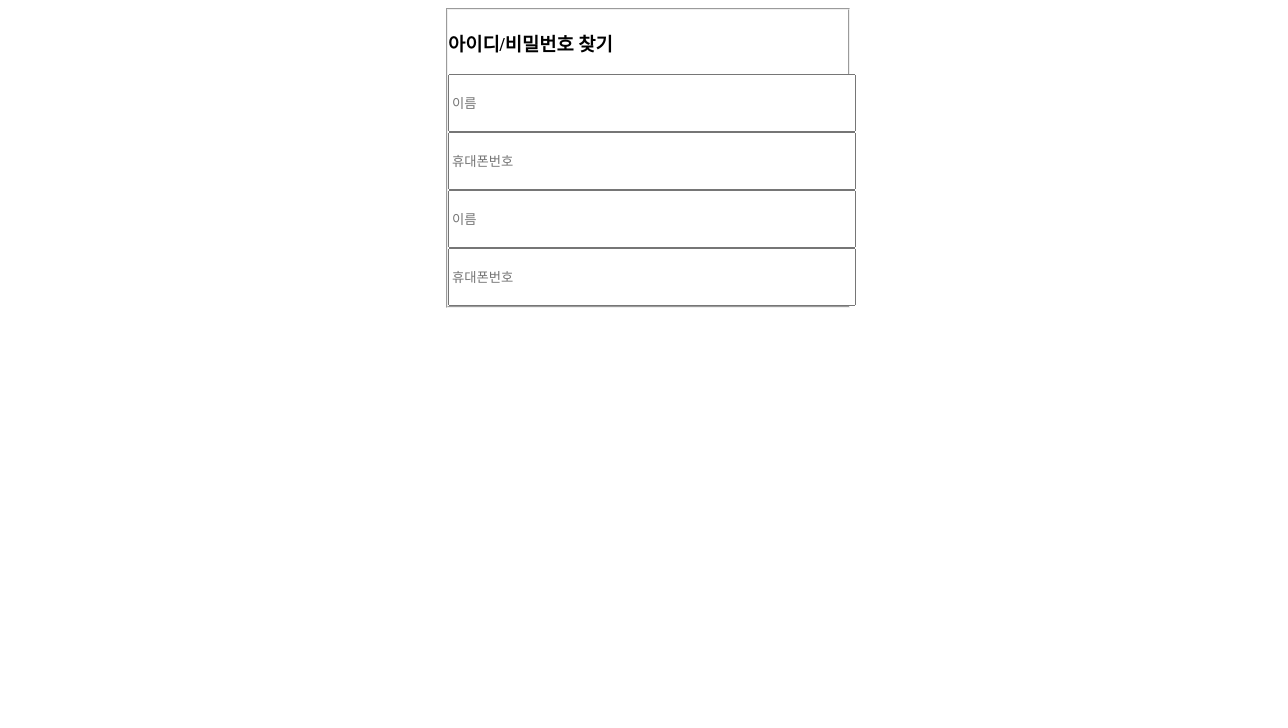
Repository: agheha/trillion
Page: YH/study_project/html/find.html
An editor plug-in stored every save of this project. The page is shown before and after the next save, followed by the edit.
The browser window is 1280 px wide. The page is 1288 px wide, so the pictures cover 1288 px, including what lies to the right of the window. The pictures show the whole page.

Above is the page before, as saved 2019-09-04 19:47:36.

After the next save:
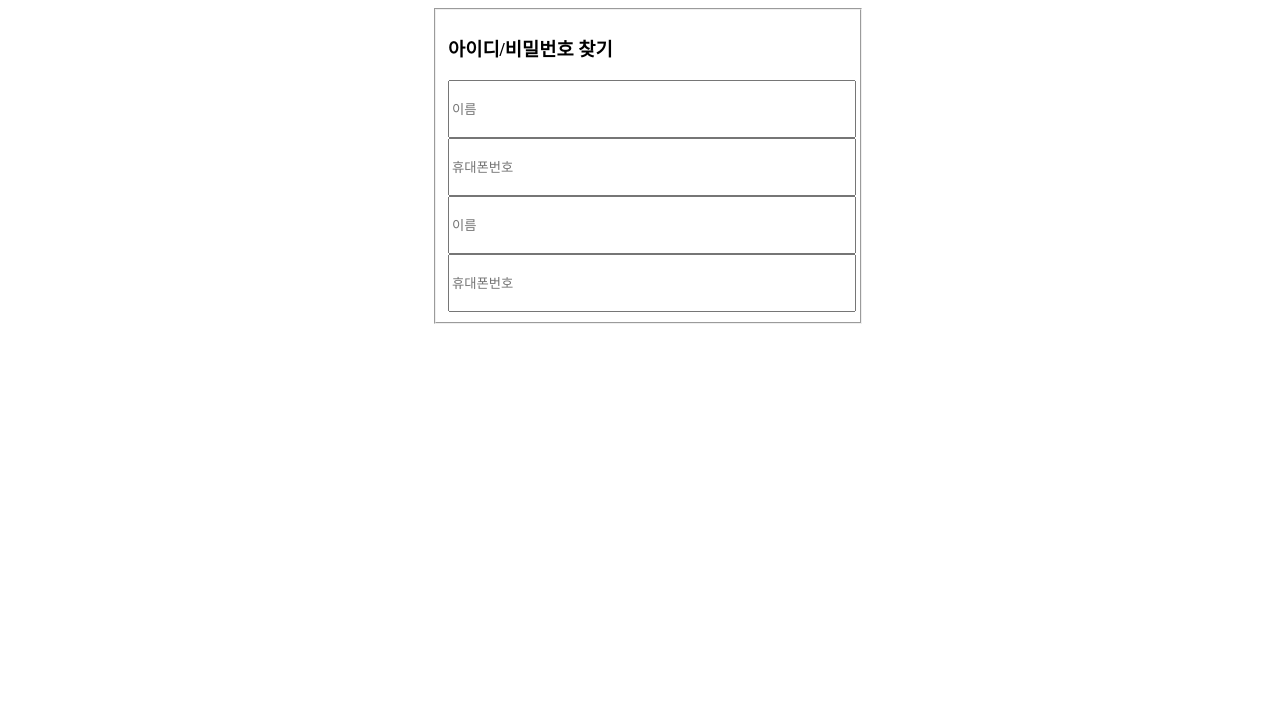
Saved 6 s later.
--- a/YH/study_project/css/find.css
+++ b/YH/study_project/css/find.css
@@ -5,7 +5,6 @@ html,body {
 fieldset {
     width : 400px;
     margin : 0 auto;
-    padding : 0px;
 }
 
 .form_find {
